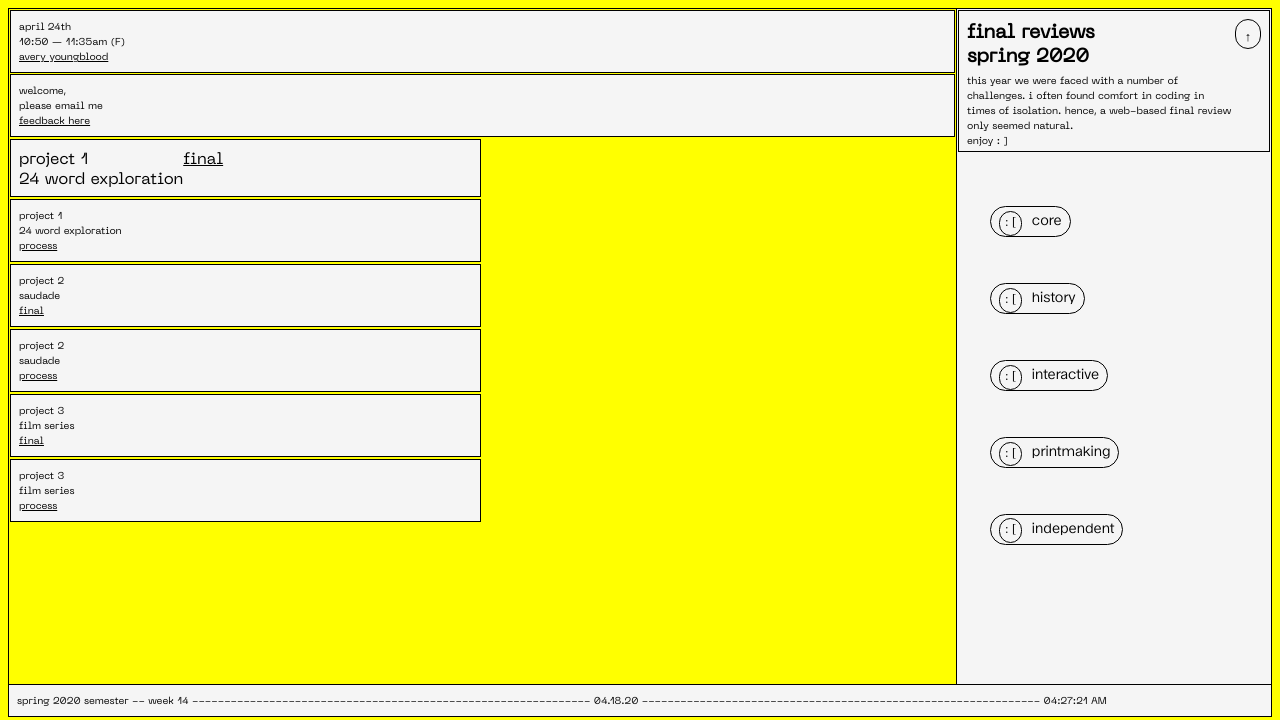
Repository: ayoungblood2/Spring-Semester-2020
Page: index v2/classes/core.html
An editor plug-in stored every save of this project. The page is shown before and after the next save, followed by the edit.
The browser window is 1280 px wide. The pictures show the whole page.
Some web libraries are served in a nearby version.

Above is the page before, as saved 2020-04-18 15:32:30.

### index v2/classes/core.html
<html lang="en">

<head>

    <meta charset="UTF-8">
    <meta name="viewport" content="width=device-width, initial-scale=1.0">
    <meta http-equiv="X-UA-Compatible" content="ie=edge">
    <link rel="stylesheet" href="/index v2/assets/css/main.css">

    <link rel="apple-touch-icon" sizes="180x180" href="/index v2/assets/icon/favicon_io/apple-touch-icon.png">
    <link rel="icon" type="image/png" sizes="32x32" href="/index v2/assets/icon/favicon_io/favicon-32x32.png">
    <link rel="icon" type="image/png" sizes="16x16" href="/index v2/assets/icon/favicon_io/favicon-16x16.png">

    <!-- <META HTTP-EQUIV="refresh" CONTENT="5; URL=http://127.0.0.1:5500/index%20v2/index2.html"> -->


    <title> : ] [ :</title>


</head>

<body class="none">


    <div id="coords" data-html2canvas-ignore="true" style="color: black; top: 747px; left: 58px;">click(48,737)
    </div>


    <main class="Main">

        <header class="PageHeader PageHeader--home">

            <section class="PageHeader-classInfo">
                april 24th
                <br>10:50 — 11:35am (F)
                <br><a href="https://www.art.yale.edu/AveryYoungblood" target="_blank" class="PageHeader--link">avery
                    youngblood</a>
            </section>
        </header>

        <header class="PageHeader PageHeader--home">
            <section class="PageHeader-classInfo">
                welcome,
                <br> please email me
                <br><a href="avery.youngblood@yale.edu" class="PageHeader--link">feedback here</a>
            </section>
        </header>


        <header class="PageHeader PageHeader--home" style="display: inline-flex; width:49.75%;">

                project 1
                <br> 24 word exploration
                <br><a href="/index v2/classes/core-prct1-1.html" class="PageHeader--link">final</a>

        </header>
        <header class="PageHeader PageHeader--home" style="display: inline-flex; width:49.75%;">
            <section class="PageHeader-classInfo">
                project 1
                <br> 24 word exploration
                <br><a href="/index v2/classes/core-prct1-2.html" class="PageHeader--link">process</a>
            </section>
        </header>

        <header class="PageHeader PageHeader--home" style="display: inline-flex; width:49.75%;">
            <section class="PageHeader-classInfo">
                project 2
                <br> saudade
                <br><a href="/index v2/classes/core-prct2-1.html" class="PageHeader--link">final</a>
            </section>
        </header>

        <header class="PageHeader PageHeader--home" style="display: inline-flex; width:49.75%;">
            <section class="PageHeader-classInfo">
                project 2
                <br> saudade
                <br><a href="/index v2/classes/core-prct2-2.html" class="PageHeader--link">process</a>
            </section>
        </header>

        <header class="PageHeader PageHeader--home" style="display: inline-flex; width:49.75%;">
            <section class="PageHeader-classInfo">
                project 3
                <br> film series
                <br><a href="/index v2/classes/core-prct3-1.html" class="PageHeader--link">final</a>
            </section>
        </header>

        <header class="PageHeader PageHeader--home" style="display: inline-flex; width:49.75%;">
            <section class="PageHeader-classInfo">
                project 3
                <br> film series
                <br><a href="/index v2/classes/core-prct3-2.html" class="PageHeader--link">process</a>
            </section>
        </header>
    </div>

    </main>


    <header class="Header">

        <a href="/index v2/index2.html" class="Header-link">
            <div class="wrapper">

                <span class="Header-title">
                    <h2>
                        <span class="Header-span">final reviews</span>
                        <span class="Header-span">spring 2020</span></h2>
                    <br>
                    <div class="content">
                        <p> this year we were faced with a number of challenges.
                            i often found comfort in coding in times of isolation.
                            hence, a web-based final review only seemed natural. </p>
                        <p> enjoy : ] </p>

                </span>
                </span>

            </div>

            </div>
            <button onClick="window.location.href=window.location.href" class="Header-arrow">
                ↑
            </button>


        </a>


        <nav class="Nav is-home">

            <ul class="Nav-list">

                <li class="Nav-item ">
                    <span>
                        <a href="/index v2/classes/core.html" class="Nav-link view-more view-less" href="#"
                            data-target="core">
                            core
                        </a>
                    </span>
                    <img src="/index v2/classes/core/project1/Avery_Slang_BW.png"
                        style="width:150%;transform:rotate(20deg);" class="page-header" />

                    <ul id="core" class="viewing-less">

                        <li class="more">
                            core became a way to discover process and refine my message, along with building the
                            fundamentals of graphic design.
                            core solidifies the conceptualization of flexible ideas into experimental print and
                            materiality so that one can understand the motive behind work.
                            <br><br><br>
                            <p>--&nbsp;&nbsp;project&nbsp;&nbsp;&nbsp;1&nbsp;&nbsp;&nbsp;:&nbsp;&nbsp;&nbsp;24 word
                                exploration</p>
                            <br>
                            <p>--&nbsp;&nbsp;project&nbsp;&nbsp;2&nbsp;&nbsp;&nbsp;:&nbsp;&nbsp;&nbsp;saudade event</p>
                            <br>
                            <p>--&nbsp;&nbsp;project&nbsp;&nbsp;3&nbsp;&nbsp;&nbsp;:&nbsp;&nbsp;&nbsp;film posters</p>
                        </li>
                    </ul>

                </li>


                <li class="Nav-item ">
                    <span>
                        <a href="open projects on left-hand side and make smile icon big"
                            class="Nav-link view-more view-less" href="#" data-target="history">
                            history
                        </a>
                    </span>
                    <img src="/index v2/classes/history/other images/event_default_31_1.jpg"
                        style="width:100%;transform:rotate(-50deg);margin:50px;" />
                    <ul id="history" class="viewing-less">

                        <li class="more">
                            this semester history provided me with context for design. instead of conceptualizing from
                            personal ideation,
                            my process became reversed in history of graphic design. i found myself working from
                            historical references first,
                            then contextualizing into my own design language.
                            <br><br><br>
                            <p>--&nbsp;&nbsp;project&nbsp;&nbsp;&nbsp;1&nbsp;&nbsp;&nbsp;:&nbsp;&nbsp;&nbsp;sf
                                psychedelic rock posters</p>
                            <br>
                            <p>--&nbsp;&nbsp;project&nbsp;&nbsp;2&nbsp;&nbsp;&nbsp;:&nbsp;&nbsp;&nbsp;designer accordion
                            </p>
                            <br>
                            <p>--&nbsp;&nbsp;project&nbsp;&nbsp;3&nbsp;&nbsp;&nbsp;:&nbsp;&nbsp;&nbsp;reading</p>
                            <br>
                            <p>--&nbsp;&nbsp;project&nbsp;&nbsp;4&nbsp;&nbsp;&nbsp;:&nbsp;&nbsp;&nbsp;research &
                                resources</p>
                        </li>
                    </ul>
                </li>


                <li class="Nav-item ">
                    <span>
                        <a href="open projects on left-hand side and make smile icon big"
                            class="Nav-link view-more view-less" href="#" data-target="interact">
                            interactive
                        </a>
                    </span>
                    <img src="/index v2/classes/interactive/web-as-site.png"
                        style="width:70%;transform:rotate(2deg);margin-top:300px;margin-left:300px;" />
                    <ul id="interact" class="viewing-less">

                        <li class="more">
                            we covered a lot in interactive this semester.
                            i've been actively learning HTML, CSS, and JavaScript, and experimenting ways to introduce
                            these methods into my everyday studio practice.
                            the readings we had about the internet and the relationship to
                            embodied experience were eye-opening discussions.
                            everything of what i thought web-design "should-be" vanished. all expectations and rules,
                            gone.
                            i learned there is a space for art in the web-space.
                            i appreciate the freedom of expression and encouragement of creativity from
                            conceptually-driven prompts in this class.
                            i want to incorporate this new perspective of organizing and translating design/process into
                            an interactive space.
                            <br><br><br>
                            <p>--&nbsp;&nbsp;project&nbsp;&nbsp;&nbsp;1&nbsp;&nbsp;&nbsp;:&nbsp;&nbsp;&nbsp;list</p>
                            <br>
                            <p>--&nbsp;&nbsp;project&nbsp;&nbsp;2&nbsp;&nbsp;&nbsp;:&nbsp;&nbsp;&nbsp;clock</p>
                            <br>
                            <p>--&nbsp;&nbsp;project&nbsp;&nbsp;3&nbsp;&nbsp;&nbsp;:&nbsp;&nbsp;&nbsp;reading &
                                resources</p>
                        </li>
                    </ul>
                </li>


                <li class="Nav-item ">
                    <span>
                        <a href="open projects on left-hand side and make smile icon big"
                            class="Nav-link view-more view-less" href="#" data-target="print">
                            printmaking
                        </a>
                    </span>
                    <img src="/index v2/classes/printmaking/reference pics/Screen Shot 2020-04-16 at 5.17.14 AM.png"
                        style="width:50%;transform:rotate(20deg);margin-top:200px;margin-left:10px;" />
                    <ul id="print" class="viewing-less">

                        <li class="more">
                            printmaking considers ways in which multiplicity, circulation, and archives have functioned
                            within contemporary print based artworks.
                            We had visits to on-campus collections, collaborative studio work, and in class discussions
                            of pertinent texts aim to place the
                            making of printed media within an expansive field of art practices.
                            Although, the second part of the semester was to focus on
                            how these concepts, materials, and forms connect to our own individual studio practices
                            through projects and printshop demonstrations focusing on the stencil and the book (we still
                            had discussions of what we'd like to pursue in the future).
                            <br><br><br>
                            <p>--&nbsp;&nbsp;project&nbsp;&nbsp;&nbsp;1&nbsp;&nbsp;&nbsp;:&nbsp;&nbsp;&nbsp;reading</p>
                            <br>
                            <p>--&nbsp;&nbsp;project&nbsp;&nbsp;2&nbsp;&nbsp;&nbsp;:&nbsp;&nbsp;&nbsp;research &
                                resources</p>
                            <br>
                            <p>--&nbsp;&nbsp;project&nbsp;&nbsp;3&nbsp;&nbsp;&nbsp;:&nbsp;&nbsp;&nbsp;chapel street pole
                            </p>
                            <br>
                            <p>--&nbsp;&nbsp;project&nbsp;&nbsp;4&nbsp;&nbsp;&nbsp;:&nbsp;&nbsp;&nbsp;commissioned
                                publication</p>
                        </li>
                    </ul>
                </li>


                <li class="Nav-item ">
                    <span>
                        <a href="open projects on left-hand side and make smile icon big"
                            class="Nav-link view-more view-less" href="#" data-target="ind">
                            independent
                        </a>
                    </span>
                    <img src="/index v2/classes/independent/Screen Shot 2020-04-14 at 2.37.37 PM.png"
                        style="width:50%;transform:rotate(-63deg);margin:20px;" />
                    <ul id="ind" class="viewing-less">

                        <li class="more">
                            collaboration on all fronts. alvin (prelim GD) and amina (1st yr sculpture) became my close
                            allies this semester.
                            our personal interests led the way in cultivating close-relationships,
                            along with intriguing long-term projects that i'm excited to continue and develop over the
                            years.
                            <br>
                            the second half of the semester my attention and time became devoted to the covid-19 cause -
                            writing
                            and meeting and organizing 24/7 to work towards active nationwide solutions for the future
                            of education.
                            <br><br><br>
                            <p>--&nbsp;&nbsp;project&nbsp;&nbsp;&nbsp;1&nbsp;&nbsp;&nbsp;:&nbsp;&nbsp;&nbsp;we-need-to-talk
                            </p>
                            <br>
                            <p>--&nbsp;&nbsp;project&nbsp;&nbsp;2&nbsp;&nbsp;&nbsp;:&nbsp;&nbsp;&nbsp;sonic rupture</p>
                            <br>
                            <p>--&nbsp;&nbsp;project&nbsp;&nbsp;3&nbsp;&nbsp;&nbsp;:&nbsp;&nbsp;&nbsp;log & letters</p>
                        </li>
                    </ul>
                </li>
        </nav>

    </header>

    <span class="TimeStamp">spring semester week 01 04.15.20 05:07:06 PM</span>

    <script src="//ajax.googleapis.com/ajax/libs/jquery/1.7.1/jquery.min.js" type="text/javascript"></script>
    <script src="https://cdnjs.cloudflare.com/ajax/libs/moment.js/2.20.1/moment.min.js"></script>
    <script src="/index v2/assets/js/main.js"></script>
    <script src="/index v2/assets/js/scripts.js"></script>
    <script src="/index v2/assets/js/html2canvas.js"></script>




</body>


</html>

<!-- yale school of art --
graphic design --
preliminary year --
final reviews --
spring 2020 -->

Loaded but not shown: index v2/assets/js/html2canvas.js (library); index v2/assets/js/scripts.js (193 lines, source omitted); index v2/assets/js/main.js (113 lines, source omitted); index v2/assets/css/main.css (840 lines, source omitted)

After the next save:
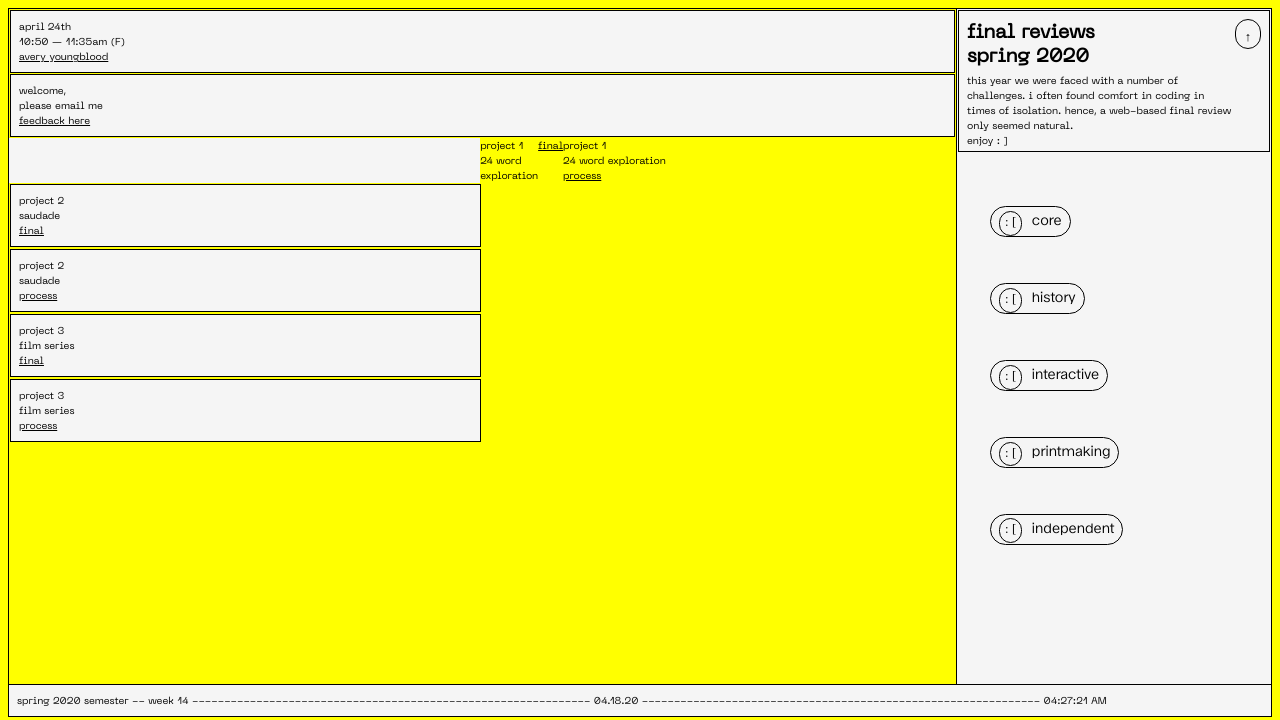
Saved 69 s later.
--- a/index v2/classes/core.html
+++ b/index v2/classes/core.html
@@ -47,14 +47,13 @@
         </header>
 
 
-        <header class="PageHeader PageHeader--home" style="display: inline-flex; width:49.75%;">
-
+        <header class="grid-container" style="display: inline-flex; width:49.75%;">
+            <section class="PageHeader-classInfo"></section>
                 project 1
                 <br> 24 word exploration
                 <br><a href="/index v2/classes/core-prct1-1.html" class="PageHeader--link">final</a>
-
-        </header>
-        <header class="PageHeader PageHeader--home" style="display: inline-flex; width:49.75%;">
+            </section>
+
             <section class="PageHeader-classInfo">
                 project 1
                 <br> 24 word exploration
